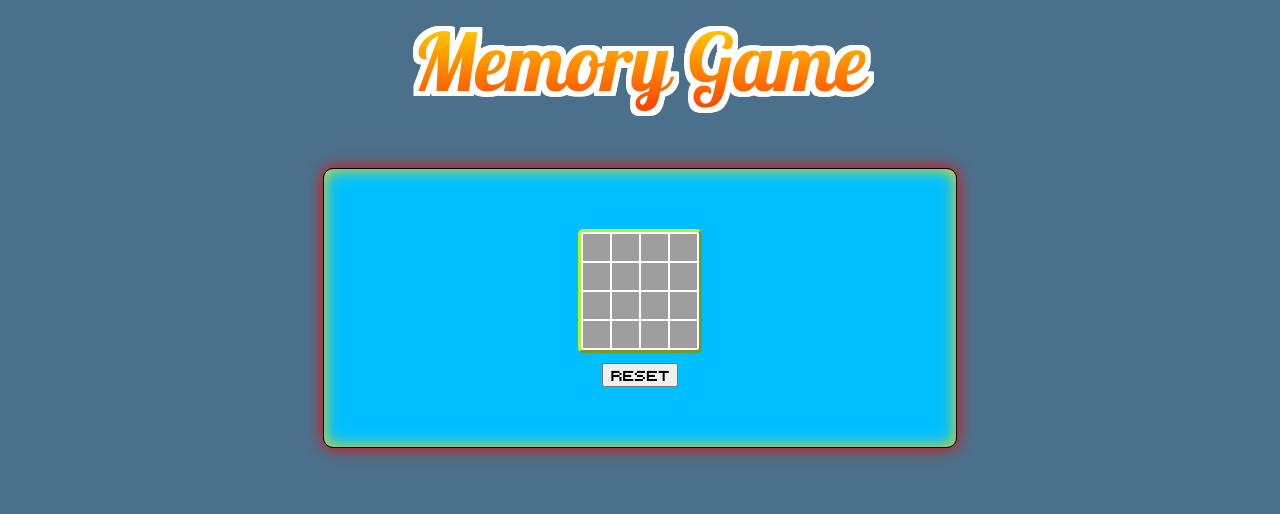
Repository: jn222rv/1dv403-laborationer
Page: 3-gameon/memory/index.html
The author's editor kept a record of every edit. The page is drawn from the files as they stood at one moment, then again after the next edit.
The browser window is 1280 px wide. The pictures show the whole page.
Pictures or frames that could not be fetched are drawn as grey boxes.

Above is the page before.

After the next edit:
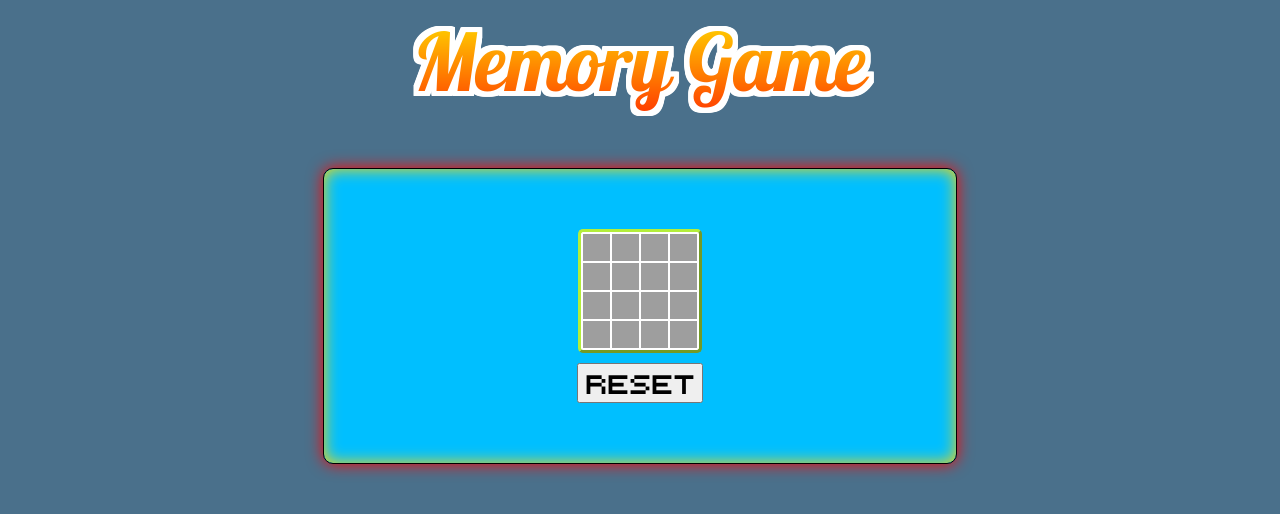
The edit:
--- a/3-gameon/memory/css/basic.css
+++ b/3-gameon/memory/css/basic.css
@@ -38,7 +38,7 @@
     display:block;
     margin:0px auto;
     font-family:"pixel";
-    font-size:14px;
+    font-size:26px;
 }
 
 .text {
